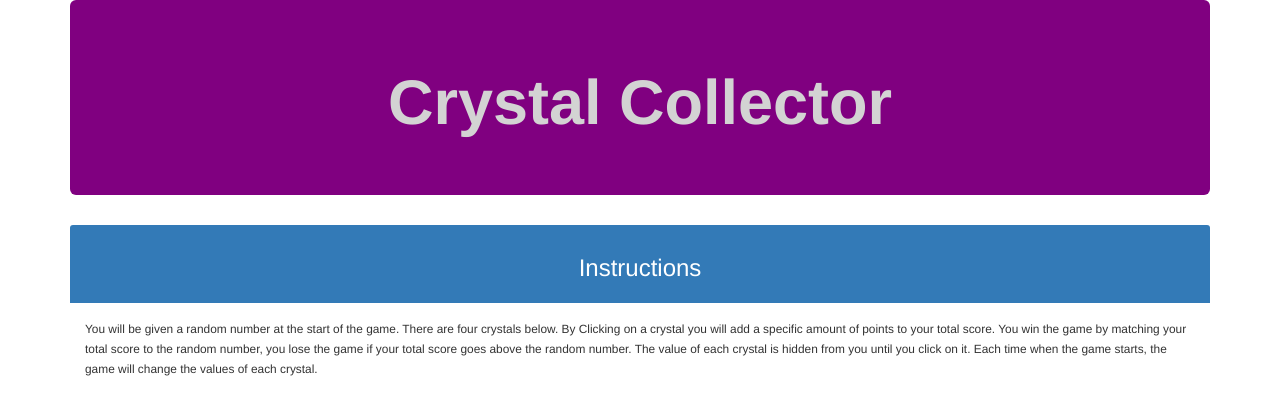
Repository: mikecherry1/week-4-game
Page: index.html
The author's editor kept a copy of each file at every save. The page is drawn from the files as they stood at one save, then again after the next save.
The browser window is 1280 px wide. The pictures show the whole page.

Above is the page before, as saved 2017-11-19 18:25:20.

After the next save:
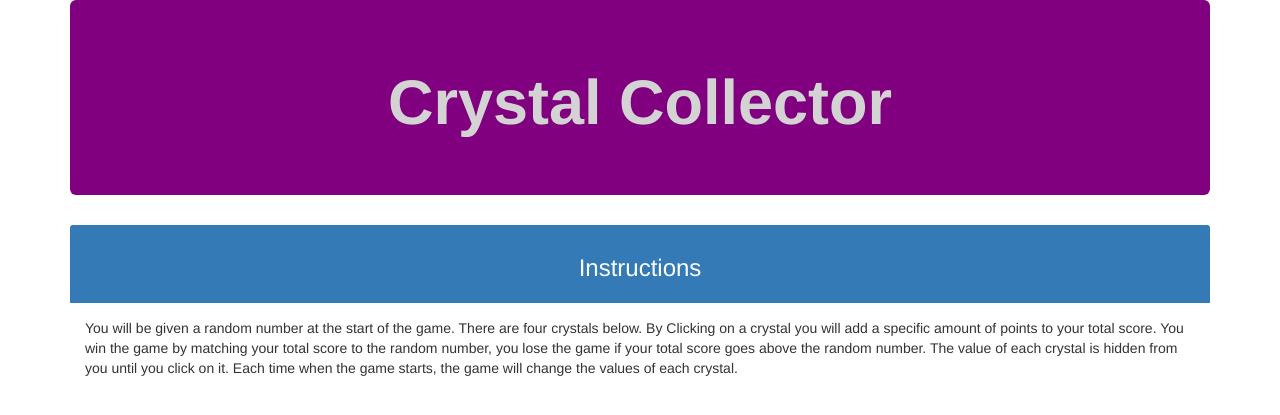
Saved 13 s later.
--- a/index.html
+++ b/index.html
@@ -29,7 +29,7 @@
                     <h3>Instructions</h3>
                 </div>
                 <div class="panel-body">
-                    <p><small>You will be given a random number at the start of the game. There are four crystals below. By Clicking on a crystal you will add a specific amount of points to your total score. You win the game by matching your total score to the random number, you lose the game if your total score goes above the random number. The value of each crystal is hidden from you until you click on it. Each time when the game starts, the game will change the values of each crystal.</small></p>
+                    <p><medium>You will be given a random number at the start of the game. There are four crystals below. By Clicking on a crystal you will add a specific amount of points to your total score. You win the game by matching your total score to the random number, you lose the game if your total score goes above the random number. The value of each crystal is hidden from you until you click on it. Each time when the game starts, the game will change the values of each crystal.</medium></p>
             </div>
 
 
